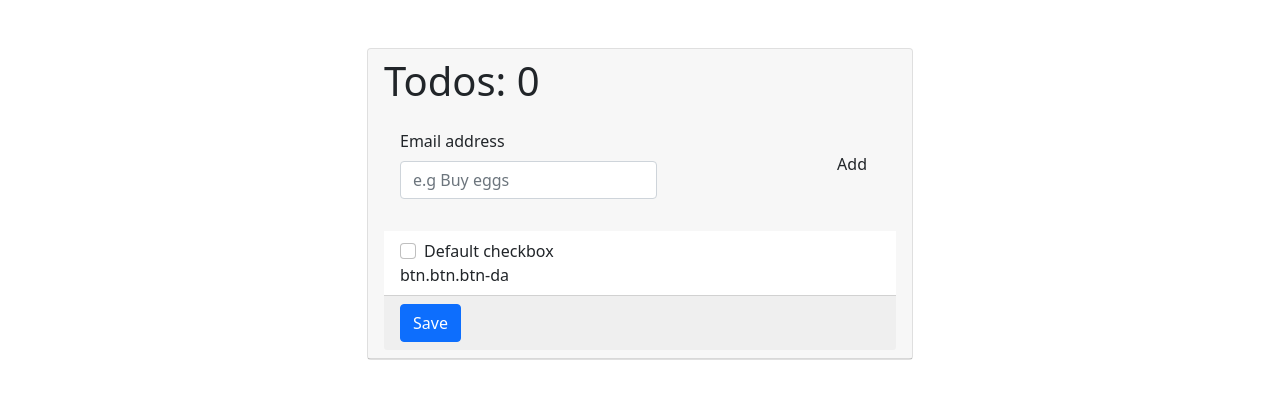
Repository: saidabbasun/TODO-react-redux
Page: /
These files come from the project's save history. The page is drawn as it stood at one moment and after the next save; the edit follows.
The browser window is 1280 px wide. The pictures show the whole page.
The project was rebuilt for these pictures with package versions that can differ from the ones it lists, and the page was loaded fresh each time.

Above is the page before, as saved 2022-05-17 12:08:36.

After the next save:
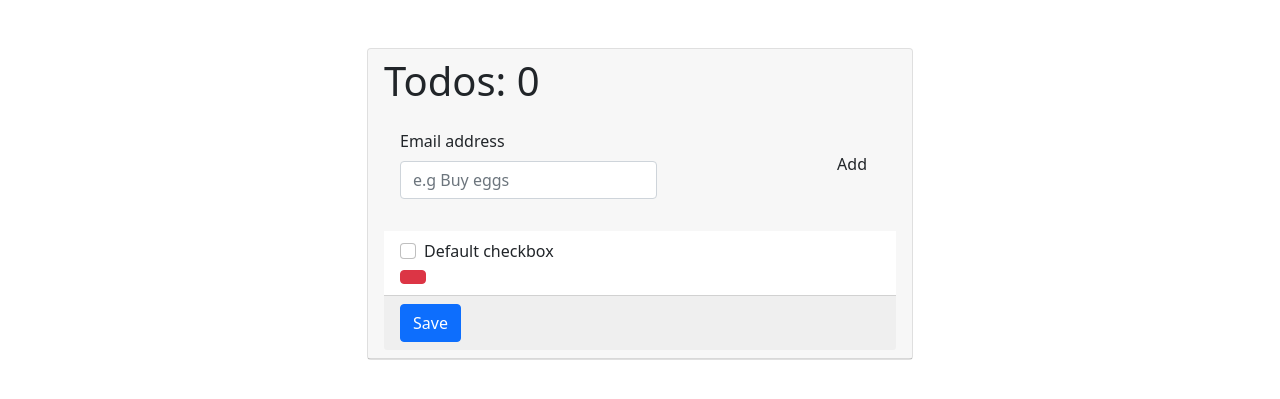
Saved 4 s later.
--- a/src/App.jsx
+++ b/src/App.jsx
@@ -23,7 +23,7 @@ function App() {
                        Default checkbox
                     </label>
                   </div>
-                  btn.btn.btn-da
+                  <button className="btn btn-danger"></button>
                     </li>
 
                   </ul>
